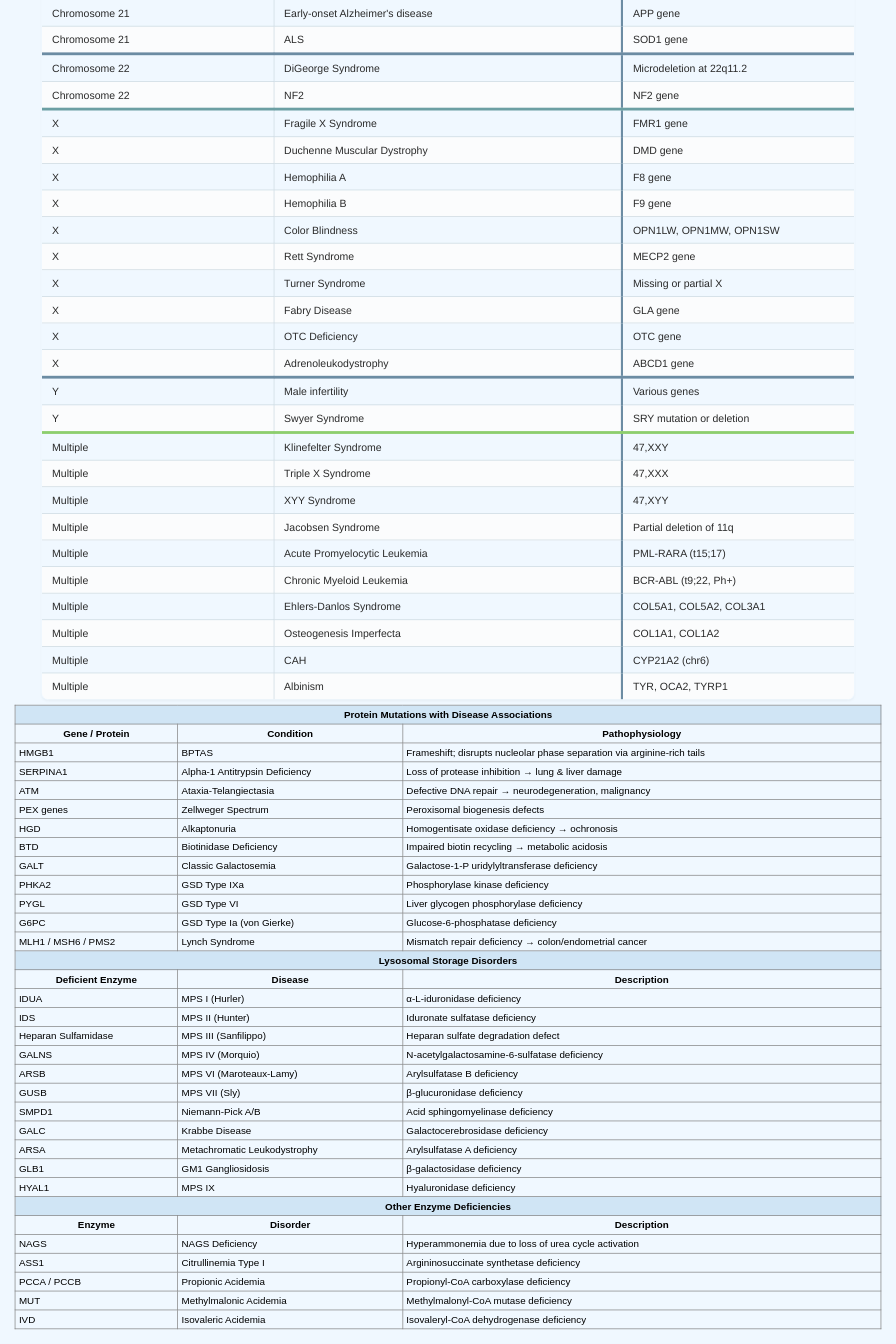
Repository: sharperdragon/STEVEL-1-Summaries
Page: subdex/chromosomes.html
The author's editor kept a copy of each file at every save. The page is drawn from the files as they stood at one save, then again after the next save.
The browser window is 1280 px wide. The pictures show the part of the page from y = 3267 to 5187 px (the page is 5187 px tall before and 4295 px after), at 70% of full size.

Above is the page before, as saved 2025-05-19 13:17:49.

### subdex/chromosomes.html
<!DOCTYPE html>
<html lang="en">
<head>
    <meta charset="UTF-8">
    <meta name="viewport" content="width=device-width, initial-scale=1.0">
    <title>Summary tables</title>
    <link rel="stylesheet" href="/STEVEL-1-Summaries/static/style.css">
    <link rel="icon" href="/STEVEL-1-Summaries/subdex/metabolism.html">
</head>

<body>

  <nav style="margin: 10px 0; text-align: center;">
  <a href="index.html" class="nav-link"> HOME </a>   |
    <a href="subdex/metabolism.html" class="nav-link">Metabolism Summary</a> |
  <a href="subdex/hemeonc.html" class="nav-link">Heme-Onc Table</a> |
  <a href="subdex/chromosomes.html" class="nav-link">chromosomes</a> |
</nav>

<div class="table-responsive">
<table class="autoantibody-table" border="1" cellspacing="0" cellpadding="6" style="border-collapse: collapse; width: 100%;">
  <thead>
    <tr>
      <th colspan="4" style="background-color: #add8e6; text-align: center; font-size: 1.2em;">
        <strong>Disease-Associated Autoantibodies</strong>
      </th>
    </tr>
    <tr>
      <th style="background-color: #f0f8ff; text-align: center;">Condition</th>
      <th style="background-color: #f0f8ff; text-align: center; border-right: 3px solid black;">Autoantibody</th>
      <th style="background-color: #f0f8ff; text-align: center;">Condition</th>
      <th style="background-color: #f0f8ff; text-align: center;">Autoantibody</th>
    </tr>
  </thead>
  <tbody>
    <tr>
      <td><strong>Antiphospholipid syndrome</strong></td>
      <td style="border-right: 3px solid black;"><ul><li>Anti-β<sub>2</sub> glycoprotein</li></ul></td>
      <td><strong>Autoimmune hepatitis</strong></td>
      <td><ul><li>Anti-smooth muscle</li></ul></td>
    </tr>
    <tr>
      <td><strong>Bullous pemphigoid</strong></td>
      <td style="border-right: 3px solid black;"><ul><li>Antihemidesmosome</li></ul></td>
      <td><strong>Celiac disease</strong></td>
      <td><ul><li>IgA anti-endomysial</li><li>IgA anti-TTG</li></ul></td>
    </tr>
    <tr>
      <td><strong>Diffuse systemic sclerosis</strong></td>
      <td style="border-right: 3px solid black;"><ul><li>Anti-topoisomerase I</li></ul></td>
      <td><strong>Drug-induced lupus</strong></td>
      <td><ul><li>Antihistone</li></ul></td>
    </tr>
    <tr>
      <td><strong>Myasthenia gravis</strong></td>
      <td style="border-right: 3px solid black;"><ul><li>Anti-ACh receptor</li></ul></td>
      <td><strong>Goodpasture syndrome</strong></td>
      <td><ul><li>Anti-GBM</li></ul></td>
    </tr>
    <tr>
      <td><strong>Graves disease</strong></td>
      <td style="border-right: 3px solid black;"><ul><li>Anti-TSH receptor</li></ul></td>
      <td><strong>Hashimoto thyroiditis</strong></td>
      <td><ul><li>Antimicrosomal</li><li>Anti-TPO</li><li>Antithyroglobulin</li></ul></td>
    </tr>
    <tr>
      <td><strong>Lambert-Eaton syndrome</strong></td>
      <td style="border-right: 3px solid black;"><ul><li>Anti-VGCC</li></ul></td>
      <td><strong>Limited systemic sclerosis</strong></td>
      <td><ul><li>Anticentromere</li></ul></td>
    </tr>
    <tr>
      <td><strong>Microscopic polyangiitis</strong></td>
      <td style="border-right: 3px solid black;"><ul><li>p-ANCA</li><li>MPO-ANCA</li></ul></td>
      <td><strong>Mixed connective tissue disease</strong></td>
      <td><ul><li>Anti-U1 RNP</li></ul></td>
    </tr>
    <tr>
      <td><strong>SLE (screen)</strong></td>
      <td style="border-right: 3px solid black;"><ul><li>ANA</li></ul></td>
      <td><strong>Pemphigus vulgaris</strong></td>
      <td><ul><li>Antidesmoglein</li></ul></td>
    </tr>
    <tr>
      <td><strong>Pernicious anemia</strong></td>
      <td style="border-right: 3px solid black;"><ul><li>Anti-intrinsic factor</li></ul></td>
      <td><strong>Polymyositis / Dermatomyositis</strong></td>
      <td><ul><li>Anti-SRP</li><li>Antihelicase (Mi-2)</li></ul></td>
    </tr>
    <tr>
      <td><strong>Primary biliary cholangitis</strong></td>
      <td style="border-right: 3px solid black;"><ul><li>Antimitochondrial</li></ul></td>
      <td><strong>SLE</strong></td>
      <td><ul><li>Anticardiolipin</li></ul></td>
    </tr>
    <tr>
      <td><strong>Sjögren syndrome</strong></td>
      <td style="border-right: 3px solid black;"><ul><li>Anti-SSA</li><li>Anti-SSB</li></ul></td>
      <td><strong>Type 1 diabetes</strong></td>
      <td><ul><li>Anti-GAD</li><li>Islet cell Ab</li></ul></td>
    </tr>
    <tr>
      <td><strong>Autoimmune encephalitis</strong></td>
      <td style="border-right: 3px solid black;"><ul><li>Anti-NMDA receptor</li></ul></td>
      <td><strong>Neuromyelitis optica</strong></td>
      <td><ul><li>Anti-aquaporin-4</li></ul></td>
    </tr>
    <tr>
      <td><strong>Rheumatoid arthritis</strong></td>
      <td style="border-right: 3px solid black;"><ul><li>RF</li><li>Anti-CCP</li></ul></td>
      <td><strong>Paraneoplastic syndromes</strong></td>
      <td><ul><li>Anti-Hu</li><li>Anti-Yo</li><li>Anti-Ri</li></ul></td>
    </tr>
    <tr>
      <td colspan="4" style="font-size: 90%; padding-top: 10px;">
        <em>Abbreviations: ACh = acetylcholine, ANA = antinuclear antibody, ANCA = antineutrophil cytoplasmic antibody, CCP = cyclic citrullinated peptide, GAD = glutamic acid decarboxylase, GBM = glomerular basement membrane, MPO = myeloperoxidase, RF = rheumatoid factor, SRP = signal recognition particle, TPO = thyroid peroxidase, TSH = thyroid-stimulating hormone, TTG = tissue transglutaminase, VGCC = voltage-gated calcium channel.</em>
      </td>
    </tr>
  </tbody>
</table>
</div>

<div class="table-container">
  <table class="autoantibody-table">
    <thead>
      <tr>
        <th colspan="3" style="text-align: center; background-color: #d0e5f5;">
          <strong>Genetic Disorders by Chromosome</strong>
        </th>
      </tr>
      <tr>
        <th style="background-color: #f7f9fa;">Chromosome</th>
        <th style="background-color: #f7f9fa;">Disease</th>
        <th style="background-color: #f7f9fa;">Gene / Mutation Info</th>
      </tr>
    </thead>
    <tbody>
      <tr><td>Chromosome 1</td><td>Gaucher Disease</td><td>GBA gene</td></tr>
      <tr><td>Chromosome 1</td><td>Familial Hypercholesterolemia</td><td>LDLR gene</td></tr>
    <tr style="border-bottom: 4px solid #6c8ca3;"><td>Chromosome 1</td><td>Charcot-Marie-Tooth Disease Type 1B</td><td>MPZ gene</td></tr>
      <tr><td>Chromosome 2</td><td>Alström Syndrome</td><td>ALMS1 gene</td></tr>
      <tr style="border-bottom: 4px solid #6c8ca3;"><td>Chromosome 2</td><td>Holt-Oram Syndrome</td><td>TBX5 gene</td></tr>
      <tr><td>Chromosome 3</td><td>Von Hippel-Lindau Syndrome</td><td>VHL gene</td></tr>
<tr style="border-bottom: 4px solid #6c8ca3;"><td>Chromosome 3</td><td>Marfan Syndrome</td><td>FBN1 gene</td></tr>
      <tr><td>Chromosome 4</td><td>Huntington's Disease</td><td>HTT gene</td></tr>
      <tr><td>Chromosome 4</td><td>Achondroplasia</td><td>FGFR3 gene</td></tr>
    <tr ><td>Chromosome 4</td><td>Huntington's disease</td><td>HTT gene</td></tr>
      <tr><td>Chromosome 4</td><td>Wolf-Hirschhorn Syndrome</td><td>Microdeletion at 4p16.3</td></tr>
<tr style="border-bottom: 4px solid #6c8ca3;"><td>Chromosome 4</td><td>Polycystic Kidney Disease Type 2</td><td>PKD2 gene</td></tr>
      <tr><td>Chromosome 5</td><td>Familial Adenomatous Polyposis</td><td>APC gene</td></tr>
      <tr><td>Chromosome 5</td><td>Spinal muscular atrophy</td><td>SMN1 gene</td></tr>
      <tr><td>Chromosome 5</td><td>Cri-du-chat Syndrome</td><td>Deletion at 5p15.2</td></tr>
<tr style="border-bottom: 4px solid #6c8ca3;"><td>Chromosome 5</td><td>Spinal Muscular Atrophy</td><td>SMN1 gene</td></tr>
      <tr><td>Chromosome 6</td><td>Hemochromatosis</td><td>HFE gene</td></tr>
<tr style="border-bottom: 4px solid #6c8ca3;"><td>Chromosome 6</td><td>Maple Syrup Urine Disease</td><td>BCKDHB gene</td></tr>
      <tr><td>Chromosome 7</td><td>Cystic Fibrosis</td><td>CFTR gene</td></tr>
      <tr><td>Chromosome 7</td><td>Williams Syndrome</td><td>Microdeletion at 7q11.23, ELN gene</td></tr>
<tr style="border-bottom: 4px solid #6c8ca3;"><td>Chromosome 7</td><td>Smith-Lemli-Opitz Syndrome</td><td>DHCR7 gene</td></tr>
      <tr><td>Chromosome 8</td><td>Werner Syndrome</td><td>WRN gene</td></tr>
<tr style="border-bottom: 4px solid #6c8ca3;"><td>Chromosome 8</td><td>Burkitt Lymphoma</td><td>MYC gene translocation</td></tr>
      <tr><td>Chromosome 9</td><td>Tuberous Sclerosis</td><td>TSC1 gene</td></tr>
<tr style="border-bottom: 4px solid #6c8ca3;"><td>Chromosome 9</td><td>Familial Dysautonomia</td><td>IKBKAP gene</td></tr>
      <tr><td>Chromosome 10</td><td>Cowden Syndrome</td><td>PTEN gene</td></tr>
<tr style="border-bottom: 4px solid #6c8ca3;"><td>Chromosome 10</td><td>MEN Type 2</td><td>RET gene</td></tr>
      <tr><td>Chromosome 11</td><td>Sickle Cell Disease</td><td>HBB gene</td></tr>
      <tr><td>Chromosome 11</td><td>Wilms Tumor</td><td>WT1 gene</td></tr>
<tr style="border-bottom: 4px solid #6c8ca3;"><td>Chromosome 11</td><td>Beckwith-Wiedemann Syndrome</td><td>Imprinting defect at 11p15</td></tr>
      <tr><td>Chromosome 12</td><td>Phenylketonuria</td><td>PAH gene</td></tr>
<tr style="border-bottom: 4px solid #6c8ca3;"><td>Chromosome 12</td><td>Noonan Syndrome</td><td>PTPN11 gene</td></tr>
      <tr><td>Chromosome 13</td><td>Retinoblastoma</td><td>RB1 gene</td></tr>
      <tr><td>Chromosome 13</td><td>Patau Syndrome</td><td>Trisomy 13</td></tr>
<tr style="border-bottom: 4px solid #6c8ca3;"><td>Chromosome 13</td><td>Wilson Disease</td><td>ATP7B gene</td></tr>
      <tr><td>Chromosome 14</td><td>Early-Onset Alzheimer’s</td><td>PSEN1 gene</td></tr>
      <tr><td>Chromosome 14</td><td>Congenital Myotonic Dystrophy</td><td>DMPK gene</td></tr>
<tr style="border-bottom: 4px solid #6c8ca3;"><td>Chromosome 15</td><td>Prader-Willi Syndrome</td><td>15q11-q13 paternal del / UPD</td></tr>
      <tr><td>Chromosome 15</td><td>Angelman Syndrome</td><td>15q11-q13 maternal del / UPD, UBE3A</td></tr>
      <tr><td>Chromosome 15</td><td>Marfan Syndrome</td><td>FBN1 gene</td></tr>
<tr style="border-bottom: 4px solid #6c8ca3;"><td>Chromosome 15</td><td>Tay-Sachs Disease</td><td>HEXA gene</td></tr>
      <tr><td>Chromosome 16</td><td>PKD Type 1</td><td>PKD1 gene</td></tr>
<tr style="border-bottom: 4px solid #6c8ca3;"><td>Chromosome 16</td><td>Rubinstein-Taybi Syndrome</td><td>CREBBP gene</td></tr>
      <tr><td>Chromosome 17</td><td>NF1</td><td>NF1 gene</td></tr>
      <tr><td>Chromosome 17</td><td>HNPP</td><td>PMP22 deletion</td></tr>
      <tr><td>Chromosome 17</td><td>Charcot-Marie-Tooth disease Type 1A</td><td>PMP22 duplication at 17p12</td></tr>
    <tr><td>Chromosome 17</td><td>Neurofibromatosis Type 1</td><td>NF1 at 17q11.2</td></tr>
    <tr><td>Chromosome 17</td><td>Li-Fraumeni syndrome</td><td>TP53 gene</td></tr>
    <tr><td>Chromosome 17</td><td>Hereditary breast and ovarian cancer</td><td>BRCA1 gene</td></tr>
      <tr><td>Chromosome 17</td><td>Li-Fraumeni Syndrome</td><td>TP53 gene</td></tr>
      <tr><td>Chromosome 17</td><td>Canavan Disease</td><td>ASPA gene</td></tr>
<tr style="border-bottom: 4px solid #6c8ca3;"><td>Chromosome 18</td><td>Edwards Syndrome</td><td>Trisomy 18</td></tr>
      <tr><td>Chromosome 18</td><td>Peutz-Jeghers Syndrome</td><td>STK11 gene</td></tr>
      <tr><td>Chromosome 19</td><td>Familial Hypercholesterolemia</td><td>LDLR gene</td></tr>
<tr style="border-bottom: 4px solid #6c8ca3;"><td>Chromosome 19</td><td>Myotonic Dystrophy Type 1</td><td>DMPK gene</td></tr>
      <tr><td>Chromosome 20</td><td>Apert Syndrome</td><td>FGFR2 gene</td></tr>
<tr style="border-bottom: 4px solid #6c8ca3;"><td>Chromosome 20</td><td>Waardenburg Syndrome Type 2A</td><td>MITF gene</td></tr>
      <tr><td>Chromosome 21</td><td>Down Syndrome</td><td>Trisomy 21</td></tr>
      <tr><td>Chromosome 21</td><td>Early-onset Alzheimer's disease</td><td>APP gene</td></tr>
<tr style="border-bottom: 4px solid #6c8ca3;"><td>Chromosome 21</td><td>ALS</td><td>SOD1 gene</td></tr>
      <tr><td>Chromosome 22</td><td>DiGeorge Syndrome</td><td>Microdeletion at 22q11.2</td></tr>
<tr style="border-bottom: 4px solid #6c9fa3;"><td>Chromosome 22</td><td>NF2</td><td>NF2 gene</td></tr>
      <tr><td>X</td><td>Fragile X Syndrome</td><td>FMR1 gene</td></tr>
      <tr><td>X</td><td>Duchenne Muscular Dystrophy</td><td>DMD gene</td></tr>
      <tr><td>X</td><td>Hemophilia A</td><td>F8 gene</td></tr>
      <tr><td>X</td><td>Hemophilia B</td><td>F9 gene</td></tr>
      <tr><td>X</td><td>Color Blindness</td><td>OPN1LW, OPN1MW, OPN1SW</td></tr>
      <tr><td>X</td><td>Rett Syndrome</td><td>MECP2 gene</td></tr>
      <tr><td>X</td><td>Turner Syndrome</td><td>Missing or partial X</td></tr>
      <tr><td>X</td><td>Fabry Disease</td><td>GLA gene</td></tr>
      <tr><td>X</td><td>OTC Deficiency</td><td>OTC gene</td></tr>
<tr style="border-bottom: 4px solid #6c8ca3;"><td>X</td><td>Adrenoleukodystrophy</td><td>ABCD1 gene</td></tr>
      <tr><td>Y</td><td>Male infertility</td><td>Various genes</td></tr>
<tr style="border-bottom: 4px solid #8cce6d;"><td>Y</td><td>Swyer Syndrome</td><td>SRY mutation or deletion</td></tr>
      <tr><td>Multiple</td><td>Klinefelter Syndrome</td><td>47,XXY</td></tr>
      <tr><td>Multiple</td><td>Triple X Syndrome</td><td>47,XXX</td></tr>
      <tr><td>Multiple</td><td>XYY Syndrome</td><td>47,XYY</td></tr>
      <tr><td>Multiple</td><td>Jacobsen Syndrome</td><td>Partial deletion of 11q</td></tr>
      <tr><td>Multiple</td><td>Acute Promyelocytic Leukemia</td><td>PML-RARA (t15;17)</td></tr>
      <tr><td>Multiple</td><td>Chronic Myeloid Leukemia</td><td>BCR-ABL (t9;22, Ph+)</td></tr>
      <tr><td>Multiple</td><td>Ehlers-Danlos Syndrome</td><td>COL5A1, COL5A2, COL3A1</td></tr>
      <tr><td>Multiple</td><td>Osteogenesis Imperfecta</td><td>COL1A1, COL1A2</td></tr>
      <tr><td>Multiple</td><td>CAH</td><td>CYP21A2 (chr6)</td></tr>
      <tr><td>Multiple</td><td>Albinism</td><td>TYR, OCA2, TYRP1</td></tr>
    </tbody>
  </table>
</div>

<div class="table-responsive">
  <table border="2" frame="box" rules="all" cellspacing="1" cellpadding="5" style="width:100%; font-family:Arial, sans-serif; font-size:14px;">
    <thead>
      <tr>
        <th colspan="3" style="background-color:#d0e5f5; text-align:center;"><strong>Protein Mutations with Disease Associations</strong></th>
      </tr>
      <tr style="background-color:#f0f8ff;">
        <th>Gene / Protein</th>
        <th>Condition</th>
        <th>Pathophysiology</th>
      </tr>
    </thead>
    <tbody>
      <tr><td>HMGB1</td><td>BPTAS</td><td>Frameshift; disrupts nucleolar phase separation via arginine-rich tails</td></tr>
      <tr><td>SERPINA1</td><td>Alpha-1 Antitrypsin Deficiency</td><td>Loss of protease inhibition → lung & liver damage</td></tr>
      <tr><td>ATM</td><td>Ataxia-Telangiectasia</td><td>Defective DNA repair → neurodegeneration, malignancy</td></tr>
      <tr><td>PEX genes</td><td>Zellweger Spectrum</td><td>Peroxisomal biogenesis defects</td></tr>
      <tr><td>HGD</td><td>Alkaptonuria</td><td>Homogentisate oxidase deficiency → ochronosis</td></tr>
      <tr><td>BTD</td><td>Biotinidase Deficiency</td><td>Impaired biotin recycling → metabolic acidosis</td></tr>
      <tr><td>GALT</td><td>Classic Galactosemia</td><td>Galactose-1-P uridylyltransferase deficiency</td></tr>
      <tr><td>PHKA2</td><td>GSD Type IXa</td><td>Phosphorylase kinase deficiency</td></tr>
      <tr><td>PYGL</td><td>GSD Type VI</td><td>Liver glycogen phosphorylase deficiency</td></tr>
      <tr><td>G6PC</td><td>GSD Type Ia (von Gierke)</td><td>Glucose-6-phosphatase deficiency</td></tr>
      <tr><td>MLH1 / MSH6 / PMS2</td><td>Lynch Syndrome</td><td>Mismatch repair deficiency → colon/endometrial cancer</td></tr>
    </tbody>

    <thead>
      <tr>
        <th colspan="3" style="background-color:#d0e5f5; text-align:center;"><strong>Lysosomal Storage Disorders</strong></th>
      </tr>
      <tr style="background-color:#f0f8ff;">
        <th>Deficient Enzyme</th>
        <th>Disease</th>
        <th>Description</th>
      </tr>
    </thead>
    <tbody>
      <tr><td>IDUA</td><td>MPS I (Hurler)</td><td>α-L-iduronidase deficiency</td></tr>
      <tr><td>IDS</td><td>MPS II (Hunter)</td><td>Iduronate sulfatase deficiency</td></tr>
      <tr><td>Heparan Sulfamidase</td><td>MPS III (Sanfilippo)</td><td>Heparan sulfate degradation defect</td></tr>
      <tr><td>GALNS</td><td>MPS IV (Morquio)</td><td>N-acetylgalactosamine-6-sulfatase deficiency</td></tr>
      <tr><td>ARSB</td><td>MPS VI (Maroteaux-Lamy)</td><td>Arylsulfatase B deficiency</td></tr>
      <tr><td>GUSB</td><td>MPS VII (Sly)</td><td>β-glucuronidase deficiency</td></tr>
      <tr><td>SMPD1</td><td>Niemann-Pick A/B</td><td>Acid sphingomyelinase deficiency</td></tr>
      <tr><td>GALC</td><td>Krabbe Disease</td><td>Galactocerebrosidase deficiency</td></tr>
      <tr><td>ARSA</td><td>Metachromatic Leukodystrophy</td><td>Arylsulfatase A deficiency</td></tr>
      <tr><td>GLB1</td><td>GM1 Gangliosidosis</td><td>β-galactosidase deficiency</td></tr>
      <tr><td>HYAL1</td><td>MPS IX</td><td>Hyaluronidase deficiency</td></tr>
    </tbody>

    <thead>
      <tr>
        <th colspan="3" style="background-color:#d0e5f5; text-align:center;"><strong>Other Enzyme Deficiencies</strong></th>
      </tr>
      <tr style="background-color:#f0f8ff;">
        <th>Enzyme</th>
        <th>Disorder</th>
        <th>Description</th>
      </tr>
    </thead>
    <tbody>
      <tr><td>NAGS</td><td>NAGS Deficiency</td><td>Hyperammonemia due to loss of urea cycle activation</td></tr>
      <tr><td>ASS1</td><td>Citrullinemia Type I</td><td>Argininosuccinate synthetase deficiency</td></tr>
      <tr><td>PCCA / PCCB</td><td>Propionic Acidemia</td><td>Propionyl-CoA carboxylase deficiency</td></tr>
      <tr><td>MUT</td><td>Methylmalonic Acidemia</td><td>Methylmalonyl-CoA mutase deficiency</td></tr>
      <tr><td>IVD</td><td>Isovaleric Acidemia</td><td>Isovaleryl-CoA dehydrogenase deficiency</td></tr>
    </tbody>
  </table>
</div>


</body>

Loaded but not shown: static/style.css (462 lines, source omitted)

After the next save:
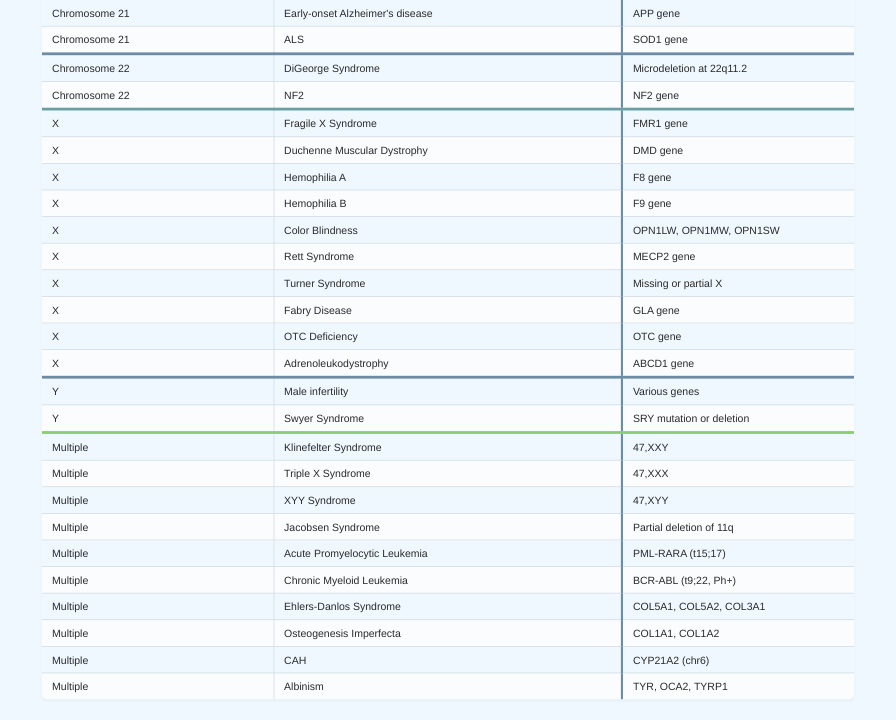
Saved 17 s later.
--- a/subdex/chromosomes.html
+++ b/subdex/chromosomes.html
@@ -223,75 +223,6 @@
   </table>
 </div>
 
-<div class="table-responsive">
-  <table border="2" frame="box" rules="all" cellspacing="1" cellpadding="5" style="width:100%; font-family:Arial, sans-serif; font-size:14px;">
-    <thead>
-      <tr>
-        <th colspan="3" style="background-color:#d0e5f5; text-align:center;"><strong>Protein Mutations with Disease Associations</strong></th>
-      </tr>
-      <tr style="background-color:#f0f8ff;">
-        <th>Gene / Protein</th>
-        <th>Condition</th>
-        <th>Pathophysiology</th>
-      </tr>
-    </thead>
-    <tbody>
-      <tr><td>HMGB1</td><td>BPTAS</td><td>Frameshift; disrupts nucleolar phase separation via arginine-rich tails</td></tr>
-      <tr><td>SERPINA1</td><td>Alpha-1 Antitrypsin Deficiency</td><td>Loss of protease inhibition → lung & liver damage</td></tr>
-      <tr><td>ATM</td><td>Ataxia-Telangiectasia</td><td>Defective DNA repair → neurodegeneration, malignancy</td></tr>
-      <tr><td>PEX genes</td><td>Zellweger Spectrum</td><td>Peroxisomal biogenesis defects</td></tr>
-      <tr><td>HGD</td><td>Alkaptonuria</td><td>Homogentisate oxidase deficiency → ochronosis</td></tr>
-      <tr><td>BTD</td><td>Biotinidase Deficiency</td><td>Impaired biotin recycling → metabolic acidosis</td></tr>
-      <tr><td>GALT</td><td>Classic Galactosemia</td><td>Galactose-1-P uridylyltransferase deficiency</td></tr>
-      <tr><td>PHKA2</td><td>GSD Type IXa</td><td>Phosphorylase kinase deficiency</td></tr>
-      <tr><td>PYGL</td><td>GSD Type VI</td><td>Liver glycogen phosphorylase deficiency</td></tr>
-      <tr><td>G6PC</td><td>GSD Type Ia (von Gierke)</td><td>Glucose-6-phosphatase deficiency</td></tr>
-      <tr><td>MLH1 / MSH6 / PMS2</td><td>Lynch Syndrome</td><td>Mismatch repair deficiency → colon/endometrial cancer</td></tr>
-    </tbody>
-
-    <thead>
-      <tr>
-        <th colspan="3" style="background-color:#d0e5f5; text-align:center;"><strong>Lysosomal Storage Disorders</strong></th>
-      </tr>
-      <tr style="background-color:#f0f8ff;">
-        <th>Deficient Enzyme</th>
-        <th>Disease</th>
-        <th>Description</th>
-      </tr>
-    </thead>
-    <tbody>
-      <tr><td>IDUA</td><td>MPS I (Hurler)</td><td>α-L-iduronidase deficiency</td></tr>
-      <tr><td>IDS</td><td>MPS II (Hunter)</td><td>Iduronate sulfatase deficiency</td></tr>
-      <tr><td>Heparan Sulfamidase</td><td>MPS III (Sanfilippo)</td><td>Heparan sulfate degradation defect</td></tr>
-      <tr><td>GALNS</td><td>MPS IV (Morquio)</td><td>N-acetylgalactosamine-6-sulfatase deficiency</td></tr>
-      <tr><td>ARSB</td><td>MPS VI (Maroteaux-Lamy)</td><td>Arylsulfatase B deficiency</td></tr>
-      <tr><td>GUSB</td><td>MPS VII (Sly)</td><td>β-glucuronidase deficiency</td></tr>
-      <tr><td>SMPD1</td><td>Niemann-Pick A/B</td><td>Acid sphingomyelinase deficiency</td></tr>
-      <tr><td>GALC</td><td>Krabbe Disease</td><td>Galactocerebrosidase deficiency</td></tr>
-      <tr><td>ARSA</td><td>Metachromatic Leukodystrophy</td><td>Arylsulfatase A deficiency</td></tr>
-      <tr><td>GLB1</td><td>GM1 Gangliosidosis</td><td>β-galactosidase deficiency</td></tr>
-      <tr><td>HYAL1</td><td>MPS IX</td><td>Hyaluronidase deficiency</td></tr>
-    </tbody>
-
-    <thead>
-      <tr>
-        <th colspan="3" style="background-color:#d0e5f5; text-align:center;"><strong>Other Enzyme Deficiencies</strong></th>
-      </tr>
-      <tr style="background-color:#f0f8ff;">
-        <th>Enzyme</th>
-        <th>Disorder</th>
-        <th>Description</th>
-      </tr>
-    </thead>
-    <tbody>
-      <tr><td>NAGS</td><td>NAGS Deficiency</td><td>Hyperammonemia due to loss of urea cycle activation</td></tr>
-      <tr><td>ASS1</td><td>Citrullinemia Type I</td><td>Argininosuccinate synthetase deficiency</td></tr>
-      <tr><td>PCCA / PCCB</td><td>Propionic Acidemia</td><td>Propionyl-CoA carboxylase deficiency</td></tr>
-      <tr><td>MUT</td><td>Methylmalonic Acidemia</td><td>Methylmalonyl-CoA mutase deficiency</td></tr>
-      <tr><td>IVD</td><td>Isovaleric Acidemia</td><td>Isovaleryl-CoA dehydrogenase deficiency</td></tr>
-    </tbody>
-  </table>
-</div>
 
 
 </body>
